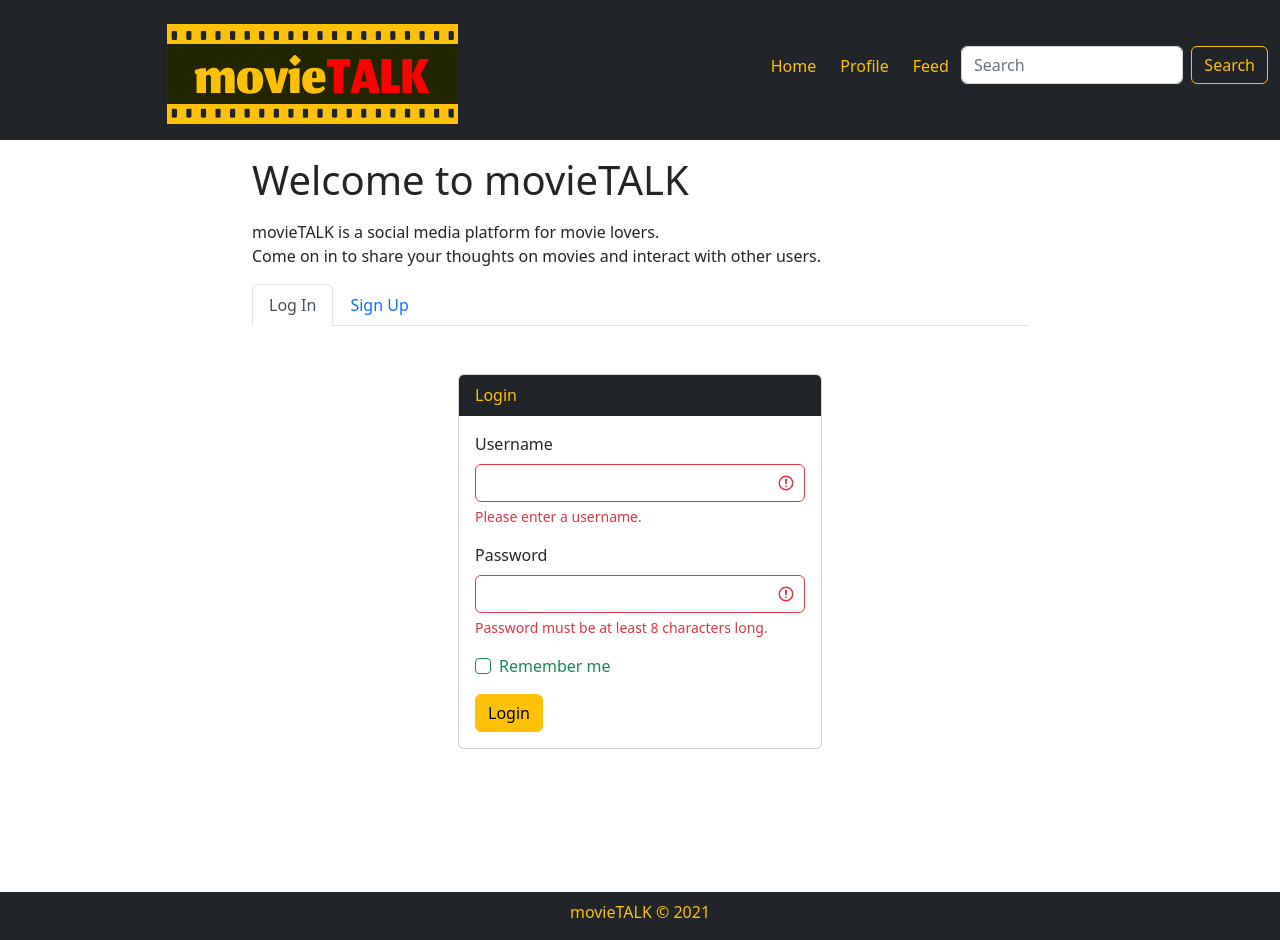
Repository: runeunhjem/css-frameworks-ca
Page: index.html
These files come from the project's save history. The page is drawn as it stood at one moment and after a run of saves; the edit follows.
The browser window is 1280 px wide. The pictures show the whole page.
The style sheet was rebuilt from its Sass, Less or Tailwind sources for each picture, by a compiler version that may differ from the author's.

Above is the page before, as saved 2023-08-28 15:59:30.

### index.html
<!DOCTYPE html>
<html lang="en">
<head>
  <meta charset="UTF-8">
  <meta name="viewport" content="width=device-width, initial-scale=1.0">
  <link rel="stylesheet" href="dist/css/index.css">
  <script src="js/bootstrap.bundle.min.js" type="module"></script>
  <!-- <script src="js/main.js"></script> -->
  <title>movieTALK | Home</title>
</head>
<body>
<header class="mx-auto">
  <nav class="navbar navbar-expand-md pt-4 bg-dark align-items-center mx-auto">
    <a class="navbar-brand header-logo mb-2" href="index.html" alt="movieTALK Logo"><span class="visually-hidden">Home</span></a>
    <div class="container-fluid d-flex align-items-start justify-content-end">
      <div class="row align-items-center">
        <div class="col-4 justify-content-end col-sm-4 col-md-6 m-1">
          <button class="btn-outline-warning navbar-toggler bg-warning mb-2 me-3" type="button" data-bs-toggle="collapse" data-bs-target="#navbarSupportedContent" aria-controls="navbarSupportedContent" aria-expanded="false" aria-label="Toggle navigation">
            <span class="navbar-toggler-icon justify-content-end"></span>
          </button>
          <div class="collapse navbar-collapse text-primary" id="navbarSupportedContent">
            <ul class="navbar-nav mb-lg-2">
              <li class="nav-item me-2">
                <a class="nav-link text-warning active rounded-2 ps-2" aria-current="page" href="index.html">Home</a>
              </li>
              <li class="nav-item me-2">
                <a class="nav-link text-warning rounded-2 ps-2" href="profile/index.html">Profile</a>
              </li>
              <li class="nav-item mb-3">
                <a class="nav-link text-warning rounded-2 ps-2" href="feed/index.html">Feed</a>
              </li>
            </ul>
          </div>
        </div>
      </div>
        <div class="col-8 col-sm-8 col-md-6 d-flex align-items-start justify-content-start">
          <form class="d-flex mt-1" role="search">
            <input class="form-control me-2 max-width-300" type="search" placeholder="Search" aria-label="Search">
            <button class="btn btn-outline-warning" type="submit">Search</button>
          </form>
      </div>
    </div>
    </div>
  </nav>
</header>
<main class="vh-100 mt-3 max-width-800 mx-auto">
  <div class="container">
    <div class="row d-flex justify-content-center">
      <div class="col">
        <h1>Welcome to movieTALK</span></h1>
        <p class="mt-3 mb-0">movieTALK is a social media platform for movie lovers.</p>
        <p class="mt-0">Come on in to share your thoughts on movies and interact with other users.</p>
      </div>
    </div>
  </div>
  <div class="container">
    <div class="row">
      <div class="col">
        <ul class="nav nav-tabs " id="myTab" role="tablist">
          <li class="nav-item" role="presentation">
            <button class="nav-link active" id="login-tab" data-bs-toggle="tab" data-bs-target="#login-tab-pane" type="button" role="tab" aria-controls="login-tab-pane" aria-selected="true">Log In</button>
          </li>
          <li class="nav-item" role="presentation">
            <button class="nav-link" id="signup-tab" data-bs-toggle="tab" data-bs-target="#signup-tab-pane" type="button" role="tab" aria-controls="signup-tab-pane" aria-selected="false">Sign Up</button>
          </li>
        </ul>
        <div class="tab-content" id="myTabContent">
          <div class="tab-pane fade show active" id="login-tab-pane" role="tabpanel" aria-labelledby="login-tab" tabindex="0">
            <div class="container mt-5">
              <div class="row justify-content-center md-6">
                <div class="col-md-6">
                  <div class="card bg">
                    <div class="card-header bg-dark text-warning">
                        Login
                    </div>
                    <div class="card-body">
                      <form action="profile/index.html" method="post" class="needs-validation was-validated">
                        <div class="mb-3">
                          <label for="username" class="form-label">Username</label>
                          <input type="text" class="form-control" id="username" name="username" required>
                          <div class="valid-feedback">
                            Looks good!
                          </div>
                          <div class="invalid-feedback">
                              Please enter a username.
                          </div>
                        </div>
                        <div class="mb-3">
                            <label for="password" class="form-label">Password</label>
                            <input type="password" class="form-control" id="password" name="password" required minlength="8">
                            <div class="valid-feedback">
                              Looks good!
                            </div>
                            <div class="invalid-feedback">
                                Password must be at least 8 characters long.
                            </div>
                        </div>
                        <div class="mb-3 form-check">
                          <input type="checkbox" class="form-check-input" id="remember">
                          <label class="form-check-label" for="remember">Remember me</label>
                        </div>
                        <button type="submit" class="btn btn-warning">Login</button>
                      </form>
                    </div>
                  </div>
                </div>
              </div>
            </div>
          </div>
          <div class=" mb-6 tab-pane fade show" id="signup-tab-pane" role="tabpanel" aria-labelledby="signup-tab" tabindex="0">
            <div class="container mt-5">
              <div class="row justify-content-center">
                <div class="col-md-6">
                  <div class="card">
                    <div class="card-header bg-dark text-warning">
                      Sign Up
                    </div>
                    <div class="card-body">
                      <form action="profile" method="post" class="needs-validation was-validated">
                        <div class="mb-3">
                          <label for="name" class="form-label">Name</label>
                          <input type="text" class="form-control" id="name" name="name" required>
                          <div class="valid-feedback">
                            Looks good!
                          </div>
                          <div class="invalid-feedback">
                            Please enter your name.
                          </div>
                        </div>
                        <div class="mb-3">
                          <label for="email" class="form-label">Email</label>
                          <input type="email" class="form-control" id="email" name="email" required>
                          <div class="valid-feedback">
                            Looks good!
                          </div>
                          <div class="invalid-feedback">
                              Please enter a valid email address.
                          </div>
                        </div>
                        <div class="mb-3">
                          <label for="signup-username" class="form-label">Username</label>
                          <input type="text" class="form-control" id="signup-username" name="signup-username" required>
                          <div class="valid-feedback">
                            Looks good!
                          </div>
                          <div class="invalid-feedback">
                              Please enter a username.
                          </div>
                        </div>
                        <div class="mb-3">
                          <label for="signup-password" class="form-label">Password</label>
                          <input type="password" class="form-control" id="signup-password" name="signup-password" required minlength="8">
                          <div class="valid-feedback">
                            Looks good!
                          </div>
                          <div class="invalid-feedback">
                              Password must be at least 8 characters long.
                          </div>
                        </div>
                        <button type="submit" class="btn btn-warning">Sign Up</button>
                      </form>
                    </div>
                  </div>
                </div>
              </div>
            </div>
          </div>
        </div>
      </div>
    </div>
  </div>
</main>
<footer mt-3>
  <div class="container-fluid bg-dark mt-3">
    <div class="row">
      <div class="col">
        <p class="text-center text-warning mt-2">movieTALK &copy; 2021</p>
      </div>
    </div>
  </div>
</footer>
</body>
</html>

### src/scss/index.scss
@import "variables";
@import "../../node_modules/bootstrap/scss/bootstrap";
@import "navbar";

.header-logo {
  background-image: url("../../img/logo-yellow.svg");
  background-size: contain;
  background-repeat: no-repeat;
  background-position: center;
  width: 100%;
  height: 100px;
}

.max-width-800 {
  max-width: 800px;
}
.max-width-300 {
  max-width: 300px;
}

// .navbar-collapse.show {
//   background-color: #ffc107;
// }
// .navbar-nav {
//   .nav-link-hover {
//     &:hover {
//       color:#ffc107;
//       background-color: #ff3c3c;
//       a {
//       }
//     }
//   // background-color: #fdcd2d;
//   }
// }

.nav-link {
  // width: 100%;
  // text-indent: 6px;
  &:hover {
    // transition: all 0.3s ease-in-out;
    // padding: 0px 12px;
    background-color: #ffc107;
    color: #886f3a !important;
    border-radius: 8px;
    // text-indent: 4px;
    // background-color: #ffc107;
    // border: 1px solid #ffc107;
    // background-color: #5c4141;
    // margin: 0px;
    // a {
      //   color: #fff;
      // }
  }
  // a.nav-link {
  //   // width: 60px;
  //   // color: #ffc107;
  // }
  .active {
    color: #b84545;
  }
}

  // .navbar-collapse {
  //   width: 100px;
  //   // color: #ff07ea !important;
  //   // background-color: #b84545;
  // }

### src/scss/_variables.scss
// Variables
//
// Variables should follow the `$component-state-property-size` formula for
// consistent naming. Ex: $nav-link-disabled-color and $modal-content-box-shadow-xs.

// Color system

// scss-docs-start gray-color-variables
$white:    #fff;
$gray-100: #f8f9fa;
$gray-200: #e9ecef;
$gray-300: #dee2e6;
$gray-400: #ced4da;
$gray-500: #adb5bd;
$gray-600: #6c757d;
$gray-700: #495057;
$gray-800: #343a40;
$gray-900: #212529;
$black:    #000;
// scss-docs-end gray-color-variables

// fusv-disable
// scss-docs-start gray-colors-map
$grays: (
  "100": $gray-100,
  "200": $gray-200,
  "300": $gray-300,
  "400": $gray-400,
  "500": $gray-500,
  "600": $gray-600,
  "700": $gray-700,
  "800": $gray-800,
  "900": $gray-900
);
// scss-docs-end gray-colors-map
// fusv-enable

// scss-docs-start color-variables
$blue:    #0d6efd;
$indigo:  #6610f2;
$purple:  #6f42c1;
$pink:    #d63384;
$red:     #dc3545;
$orange:  #fd7e14;
$yellow:  #ffc107;
$green:   #198754;
$teal:    #20c997;
$cyan:    #0dcaf0;
// scss-docs-end color-variables

// scss-docs-start colors-map
$colors: (
  "blue":       $blue,
  "indigo":     $indigo,
  "purple":     $purple,
  "pink":       $pink,
  "red":        $red,
  "orange":     $orange,
  "yellow":     $yellow,
  "green":      $green,
  "teal":       $teal,
  "cyan":       $cyan,
  "black":      $black,
  "white":      $white,
  "gray":       $gray-600,
  "gray-dark":  $gray-800
);
// scss-docs-end colors-map

// The contrast ratio to reach against white, to determine if color changes from "light" to "dark". Acceptable values for WCAG 2.0 are 3, 4.5 and 7.
// See https://www.w3.org/TR/WCAG20/#visual-audio-contrast-contrast
$min-contrast-ratio:   4.5;

// Customize the light and dark text colors for use in our color contrast function.
$color-contrast-dark:      $black;
$color-contrast-light:     $white;

### src/scss/_navbar.scss
// // Navbar
// //
// // Provide a static navbar from which we expand to create full-width, fixed, and
// // other navbar variations.

// .navbar {
//   // scss-docs-start navbar-css-vars
//   --#{$prefix}navbar-padding-x: #{if($navbar-padding-x == null, 0, $navbar-padding-x)};
//   --#{$prefix}navbar-padding-y: #{$navbar-padding-y};
//   --#{$prefix}navbar-color: #{$navbar-light-color};
//   --#{$prefix}navbar-hover-color: #{$navbar-light-hover-color};
//   --#{$prefix}navbar-disabled-color: #{$navbar-light-disabled-color};
//   --#{$prefix}navbar-active-color: #{$navbar-light-active-color};
//   --#{$prefix}navbar-brand-padding-y: #{$navbar-brand-padding-y};
//   --#{$prefix}navbar-brand-margin-end: #{$navbar-brand-margin-end};
//   --#{$prefix}navbar-brand-font-size: #{$navbar-brand-font-size};
//   --#{$prefix}navbar-brand-color: #{$navbar-light-brand-color};
//   --#{$prefix}navbar-brand-hover-color: #{$navbar-light-brand-hover-color};
//   --#{$prefix}navbar-nav-link-padding-x: #{$navbar-nav-link-padding-x};
//   --#{$prefix}navbar-toggler-padding-y: #{$navbar-toggler-padding-y};
//   --#{$prefix}navbar-toggler-padding-x: #{$navbar-toggler-padding-x};
//   --#{$prefix}navbar-toggler-font-size: #{$navbar-toggler-font-size};
//   --#{$prefix}navbar-toggler-icon-bg: #{escape-svg($navbar-light-toggler-icon-bg)};
//   --#{$prefix}navbar-toggler-border-color: #{$navbar-light-toggler-border-color};
//   --#{$prefix}navbar-toggler-border-radius: #{$navbar-toggler-border-radius};
//   --#{$prefix}navbar-toggler-focus-width: #{$navbar-toggler-focus-width};
//   --#{$prefix}navbar-toggler-transition: #{$navbar-toggler-transition};
//   // scss-docs-end navbar-css-vars

//   position: relative;
//   display: flex;
//   flex-wrap: wrap; // allow us to do the line break for collapsing content
//   align-items: center;
//   justify-content: space-between; // space out brand from logo
//   padding: var(--#{$prefix}navbar-padding-y) var(--#{$prefix}navbar-padding-x);
//   @include gradient-bg();

//   // Because flex properties aren't inherited, we need to redeclare these first
//   // few properties so that content nested within behave properly.
//   // The `flex-wrap` property is inherited to simplify the expanded navbars
//   %container-flex-properties {
//     display: flex;
//     flex-wrap: inherit;
//     align-items: center;
//     justify-content: space-between;
//   }

//   > .container,
//   > .container-fluid {
//     @extend %container-flex-properties;
//   }

//   @each $breakpoint, $container-max-width in $container-max-widths {
//     > .container#{breakpoint-infix($breakpoint, $container-max-widths)} {
//       @extend %container-flex-properties;
//     }
//   }
// }


// // Navbar brand
// //
// // Used for brand, project, or site names.

// .navbar-brand {
//   padding-top: var(--#{$prefix}navbar-brand-padding-y);
//   padding-bottom: var(--#{$prefix}navbar-brand-padding-y);
//   margin-right: var(--#{$prefix}navbar-brand-margin-end);
//   @include font-size(var(--#{$prefix}navbar-brand-font-size));
//   color: var(--#{$prefix}navbar-brand-color);
//   text-decoration: if($link-decoration == none, null, none);
//   white-space: nowrap;

//   &:hover,
//   &:focus {
//     color: var(--#{$prefix}navbar-brand-hover-color);
//     text-decoration: if($link-hover-decoration == underline, none, null);
//   }
// }


// Navbar nav
//
// Custom navbar navigation (doesn't require `.nav`, but does make use of `.nav-link`).

.navbar-nav {
  // scss-docs-start navbar-nav-css-vars
  --#{$prefix}nav-link-padding-x: 0;
  --#{$prefix}nav-link-padding-y: #{$nav-link-padding-y};
  @include rfs($nav-link-font-size, --#{$prefix}nav-link-font-size);
  --#{$prefix}nav-link-font-weight: #{$nav-link-font-weight};
  --#{$prefix}nav-link-color: var(--#{$prefix}navbar-color);
  --#{$prefix}nav-link-hover-color: var(--#{$prefix}navbar-hover-color);
  --#{$prefix}nav-link-disabled-color: var(--#{$prefix}navbar-disabled-color);
  // scss-docs-end navbar-nav-css-vars

  display: flex;
  flex-direction: column; // cannot use `inherit` to get the `.navbar`s value
  padding-left: 0;
  margin-bottom: 0;
  list-style: none;

  .show > .nav-link,
  .nav-link.active {
    color: var(--#{$prefix}navbar-active-color);
  }

  .dropdown-menu {
    position: static;
  }
}


// Navbar text
//
//

.navbar-text {
  padding-top: $nav-link-padding-y;
  padding-bottom: $nav-link-padding-y;
  color: var(--#{$prefix}navbar-color);

  a,
  a:hover,
  a:focus  {
    color: var(--#{$prefix}navbar-active-color);
  }
}


// Responsive navbar
//
// Custom styles for responsive collapsing and toggling of navbar contents.
// Powered by the collapse Bootstrap JavaScript plugin.

// When collapsed, prevent the toggleable navbar contents from appearing in
// the default flexbox row orientation. Requires the use of `flex-wrap: wrap`
// on the `.navbar` parent.
.navbar-collapse {
  flex-basis: 100%;
  flex-grow: 1;
  // For always expanded or extra full navbars, ensure content aligns itself
  // properly vertically. Can be easily overridden with flex utilities.
  align-items: center;
}

// Button for toggling the navbar when in its collapsed state
.navbar-toggler {
  padding: var(--#{$prefix}navbar-toggler-padding-y) var(--#{$prefix}navbar-toggler-padding-x);
  @include font-size(var(--#{$prefix}navbar-toggler-font-size));
  line-height: 1;
  color: var(--#{$prefix}navbar-color);
  background-color: transparent; // remove default button style
  border: var(--#{$prefix}border-width) solid var(--#{$prefix}navbar-toggler-border-color); // remove default button style
  @include border-radius(var(--#{$prefix}navbar-toggler-border-radius));
  @include transition(var(--#{$prefix}navbar-toggler-transition));

  &:hover {
    text-decoration: none;
  }

  &:focus {
    text-decoration: none;
    background-color: $yellow;
    outline: 0;
    box-shadow: 0 0 0 var(--#{$prefix}navbar-toggler-focus-width);
  }
}

// Keep as a separate element so folks can easily override it with another icon
// or image file as needed.
.navbar-toggler-icon {
  display: inline-block;
  width: 1.5em;
  height: 1.5em;
  vertical-align: middle;
  background-image: var(--#{$prefix}navbar-toggler-icon-bg);
  background-repeat: no-repeat;
  background-position: center;
  background-size: 100%;
}

.navbar-nav-scroll {
  max-height: var(--#{$prefix}scroll-height, 75vh);
  overflow-y: auto;
}

// scss-docs-start navbar-expand-loop
// Generate series of `.navbar-expand-*` responsive classes for configuring
// where your navbar collapses.
.navbar-expand {
  @each $breakpoint in map-keys($grid-breakpoints) {
    $next: breakpoint-next($breakpoint, $grid-breakpoints);
    $infix: breakpoint-infix($next, $grid-breakpoints);

    // stylelint-disable-next-line scss/selector-no-union-class-name
    &#{$infix} {
      @include media-breakpoint-up($next) {
        flex-wrap: nowrap;
        justify-content: flex-start;

        .navbar-nav {
          flex-direction: row;

          .dropdown-menu {
            position: absolute;
          }

          .nav-link {
            padding-right: var(--#{$prefix}navbar-nav-link-padding-x);
            padding-left: var(--#{$prefix}navbar-nav-link-padding-x);
          }
        }

        .navbar-nav-scroll {
          overflow: visible;
        }

        .navbar-collapse {
          display: flex !important; // stylelint-disable-line declaration-no-important
          flex-basis: auto;
        }

        .navbar-toggler {
          display: none;
        }

        .offcanvas {
          // stylelint-disable declaration-no-important
          position: static;
          z-index: auto;
          flex-grow: 1;
          width: auto !important;
          height: auto !important;
          visibility: visible !important;
          background-color: transparent !important;
          border: 0 !important;
          transform: none !important;
          @include box-shadow(none);
          @include transition(none);
          // stylelint-enable declaration-no-important

          .offcanvas-header {
            display: none;
          }

          .offcanvas-body {
            display: flex;
            flex-grow: 0;
            padding: 0;
            overflow-y: visible;
          }
        }
      }
    }
  }
}
// scss-docs-end navbar-expand-loop

// Navbar themes
//
// Styles for switching between navbars with light or dark background.

.navbar-light {
  @include deprecate("`.navbar-light`", "v5.2.0", "v6.0.0", true);
}

.navbar-dark {
  --#{$prefix}navbar-color: #{$navbar-dark-color};
  --#{$prefix}navbar-hover-color: #{$navbar-dark-hover-color};
  --#{$prefix}navbar-disabled-color: #{$navbar-dark-disabled-color};
  --#{$prefix}navbar-active-color: #{$navbar-dark-active-color};
  --#{$prefix}navbar-brand-color: #{$navbar-dark-brand-color};
  --#{$prefix}navbar-brand-hover-color: #{$navbar-dark-brand-hover-color};
  --#{$prefix}navbar-toggler-border-color: #{$navbar-dark-toggler-border-color};
  --#{$prefix}navbar-toggler-icon-bg: #{escape-svg($navbar-dark-toggler-icon-bg)};
}

Loaded but not shown: js/bootstrap.bundle.min.js (library)

After the next 3 saves:
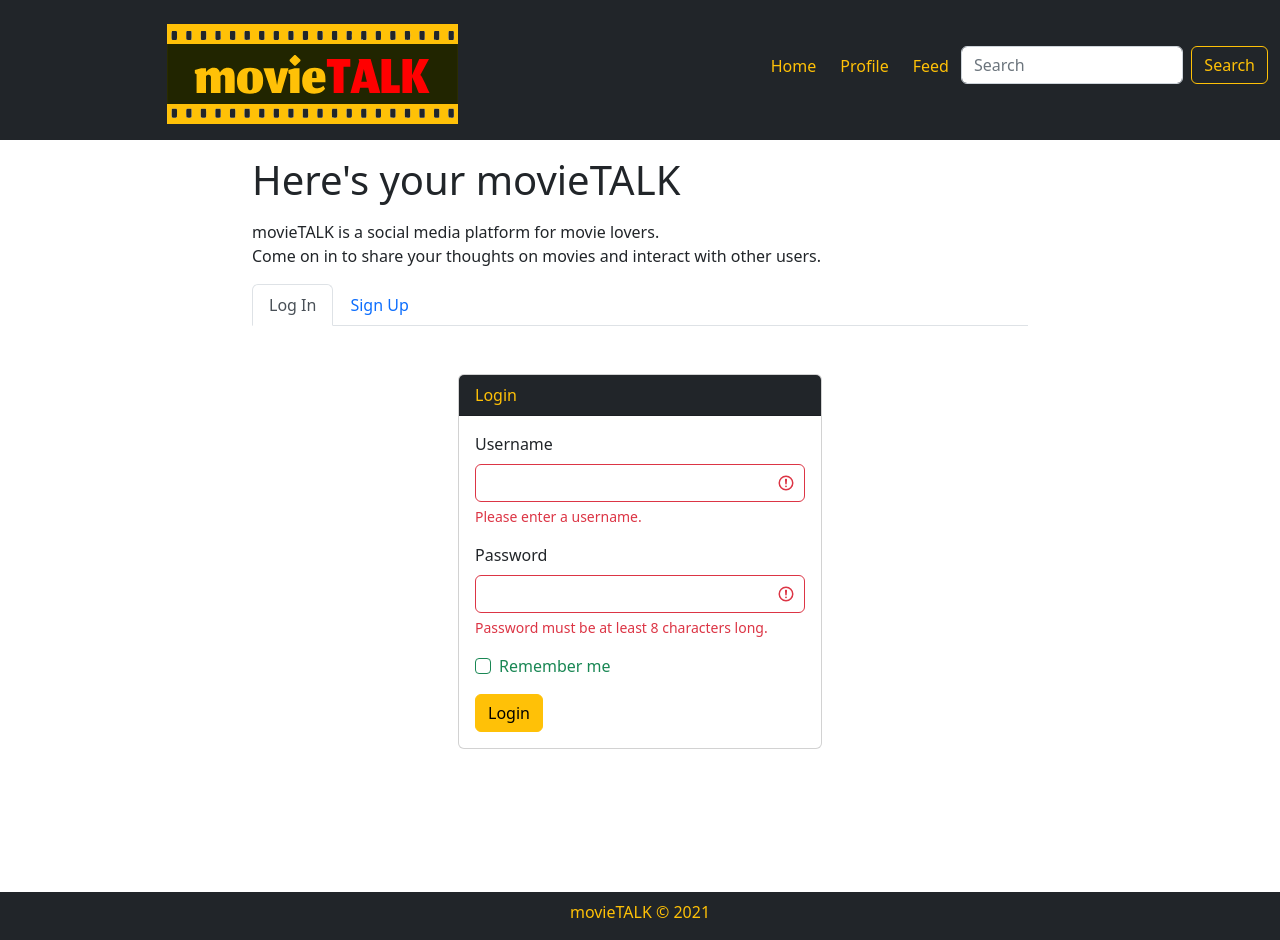
The 3 saves are shown as one change because they came seconds apart.
The last was saved 17 s later.
--- a/index.html
+++ b/index.html
@@ -47,7 +47,7 @@
   <div class="container">
     <div class="row d-flex justify-content-center">
       <div class="col">
-        <h1>Welcome to movieTALK</span></h1>
+        <h1>Here's your movieTALK</span></h1>
         <p class="mt-3 mb-0">movieTALK is a social media platform for movie lovers.</p>
         <p class="mt-0">Come on in to share your thoughts on movies and interact with other users.</p>
       </div>
